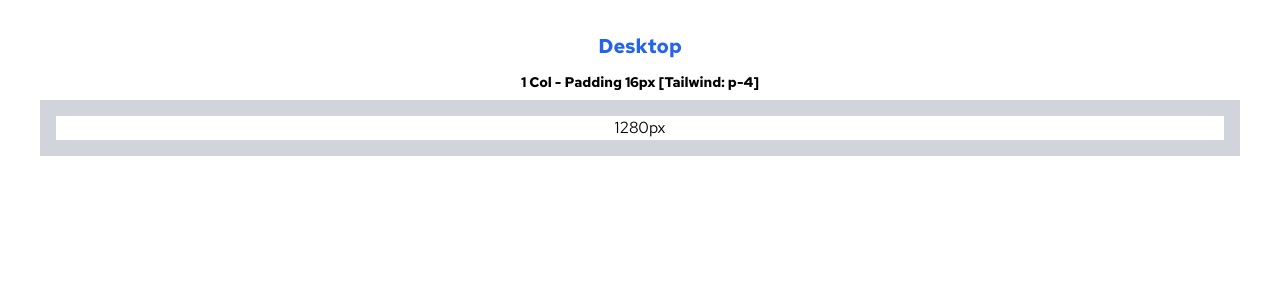
Repository: fabianwurk/vue-tailwind
Page: /
The author's editor kept a copy of each file at every save. The page is drawn from the files as they stood at one save, then again after the next save.
The browser window is 1280 px wide. The pictures show the whole page.
The project was rebuilt for these pictures with package versions that can differ from the ones it lists, and the page was loaded fresh each time. Also part of the build but not shown: vite.config.js.

Above is the page before, as saved 2021-03-17 00:12:09.
Console error: TypeError: this.innerWidth is not a function

After the next save:
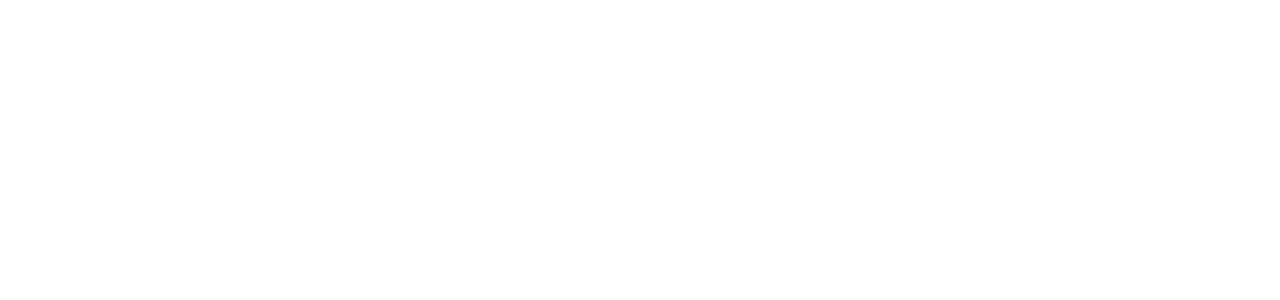
Console error: ReferenceError: NULL is not defined
Saved 49 s later.
--- a/src/components/Large.vue
+++ b/src/components/Large.vue
@@ -22,7 +22,7 @@
 export default {
   data() {
     return {
-      width: innerWidth,
+      width: NULL,
     };
   },
   mounted() {

After the save that followed:
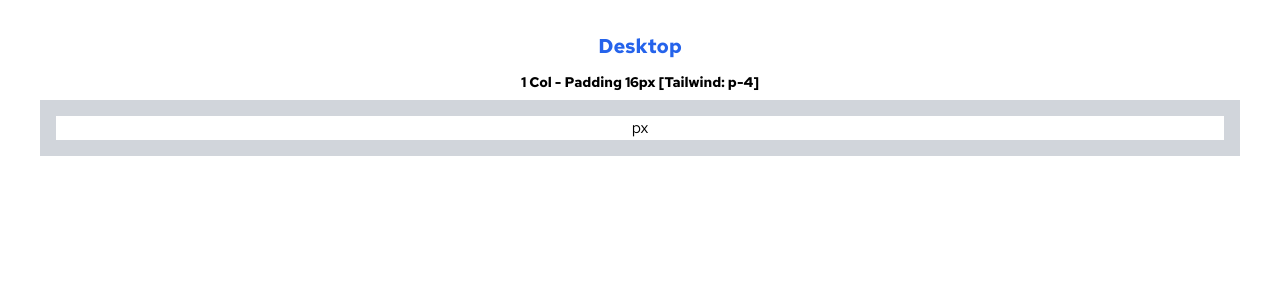
Console error: TypeError: this.innerWidth is not a function
Saved 7 s later.
--- a/src/components/Large.vue
+++ b/src/components/Large.vue
@@ -22,7 +22,7 @@
 export default {
   data() {
     return {
-      width: NULL,
+      width: null,
     };
   },
   mounted() {
